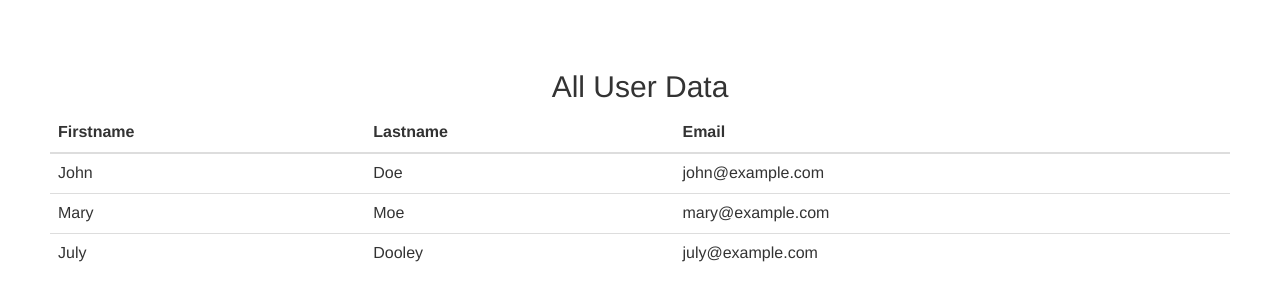
Repository: Asterisc-Institute/Advance-Java-Batch5
Page: http://localhost/Project01/show?page=1
The author's editor kept a copy of each file at every save. The page is drawn from the files as they stood at one save, then again after the next save.
The browser window is 1280 px wide. The pictures show the whole page.
The page is served by Tomcat 9. Other server files are loaded and not shown. Queries for data that is not in the repository find no rows.

Above is the page before, as saved 2023-05-16 12:28:20.

### Project01/src/service/ShowServ.java
package service;

import java.io.IOException;
import java.io.PrintWriter;
import java.sql.SQLException;
import java.util.ArrayList;

import javax.servlet.ServletException;
import javax.servlet.annotation.WebServlet;
import javax.servlet.http.HttpServlet;
import javax.servlet.http.HttpServletRequest;
import javax.servlet.http.HttpServletResponse;

import model.User;
import model.UserDao;

@WebServlet("/show")
public class ShowServ extends HttpServlet {

	protected void doGet(HttpServletRequest request, HttpServletResponse response) throws ServletException, IOException {
		response.setContentType("text/html");
		PrintWriter out=response.getWriter();

		out.print("<link rel='stylesheet' href='https://maxcdn.bootstrapcdn.com/bootstrap/3.4.1/css/bootstrap.min.css'>");
		out.print("<script src='https://ajax.googleapis.com/ajax/libs/jquery/3.6.4/jquery.min.js'></script>");
		out.print("<script src='https://maxcdn.bootstrapcdn.com/bootstrap/3.4.1/js/bootstrap.min.js'></script>");

		out.print("<div style='padding:50px'>");
		out.print("<center><H2>All User Data</H2></center>");


		UserDao db=new UserDao();


		out.print("<table class='table'>");
		out.print("    <thead>");
		out.print("      <tr>");
		out.print("        <th>Firstname</th>");
		out.print("        <th>Lastname</th>");
		out.print("        <th>Email</th>");
		out.print("      </tr>");
		out.print("    </thead>");
		out.print("    <tbody>");
		out.print("      <tr>");
		out.print("        <td>John</td>");
		out.print("        <td>Doe</td>");
		out.print("        <td>john@example.com</td>");
		out.print("      </tr>");
		out.print("      <tr>");
		out.print("        <td>Mary</td>");
		out.print("        <td>Moe</td>");
		out.print("        <td>mary@example.com</td>");
		out.print("      </tr>");
		out.print("      <tr>");
		out.print("        <td>July</td>");
		out.print("        <td>Dooley</td>");
		out.print("        <td>july@example.com</td>");
		out.print("      </tr>");
		out.print("    </tbody>");
		out.print("</table>");

		out.print("</div>");

		/*
		try {
			ArrayList<User> ul=db.getAllUser();

			for(User u:ul)
			{
			out.print(u+"<br/>");
			}


		} catch (ClassNotFoundException | SQLException e) {
			// TODO Auto-generated catch block
			e.printStackTrace();
		}*/
	}


	protected void doPost(HttpServletRequest request, HttpServletResponse response) throws ServletException, IOException {
		// TODO Auto-generated method stub
		doGet(request, response);
	}

}

### Project01/src/model/UserDao.java
package model;

import java.sql.Connection;
import java.sql.DriverManager;
import java.sql.PreparedStatement;
import java.sql.ResultSet;
import java.sql.SQLException;
import java.util.ArrayList;

public class UserDao {

	String driver = "com.mysql.jdbc.Driver";
	String db_name = "batch5";
	String db_url = "jdbc:mysql://localhost:3306/" + db_name;
	String db_uname = "root";
	String db_upass = "abc123";

	Connection getConnect() throws ClassNotFoundException, SQLException
	{
		Class.forName(driver); //s1
		Connection con = DriverManager.getConnection(db_url, db_uname, db_upass);//s2
		return con;
	}

	public int save(User u) throws ClassNotFoundException, SQLException
	{
		String sql="insert into user_tbl (fname, uname, email, mob, upass, gender) values(?,?,?,?,?,?)";
		Connection con=getConnect();
		PreparedStatement ps=con.prepareStatement(sql);//s3
		ps.setString(1, u.getFname());
		ps.setString(2, u.getUname());
		ps.setString(3, u.getEmail());
		ps.setString(4, u.getMob());
		ps.setString(5, u.getUpass());
		ps.setString(6, u.getGender());

		int a =ps.executeUpdate();//s4

		con.close();//s5
		return a;

	}

	public boolean checkUser(String email) throws ClassNotFoundException, SQLException {
		String sql="select * from user_tbl where email=?";
		Connection con=getConnect();
		PreparedStatement ps=con.prepareStatement(sql);//s3
		ps.setString(1, email);
		ResultSet rs =ps.executeQuery();//s4

		boolean a=rs.absolute(1);

		con.close();//s5

		return a;
	}

	public boolean loginUser(String email, String upass) throws ClassNotFoundException, SQLException {
		String sql="select * from user_tbl where email=? and upass=?";
		Connection con=getConnect();
		PreparedStatement ps=con.prepareStatement(sql);//s3
		ps.setString(1, email);
		ps.setString(2, upass);
		ResultSet rs =ps.executeQuery();//s4

		boolean a=rs.absolute(1);

		con.close();//s5

		return a;
	}

	public ArrayList<User> getAllUser() throws ClassNotFoundException, SQLException {
		String sql="select * from user_tbl";
		Connection con=getConnect();
		PreparedStatement ps=con.prepareStatement(sql);//s3

		ResultSet rs =ps.executeQuery();//s4

		ArrayList<User> ul=new ArrayList<>();

		while(rs.next())
		{ //uid, fname, uname, email, mob, upass, gender
			User u=new User(rs.getInt(1), rs.getString(2),  rs.getString(3),  rs.getString(4),  rs.getString(5),  rs.getString(6),  rs.getString(7));
			ul.add(u);
		}

		con.close();//s5

		return ul;
	}

}

After the next save:
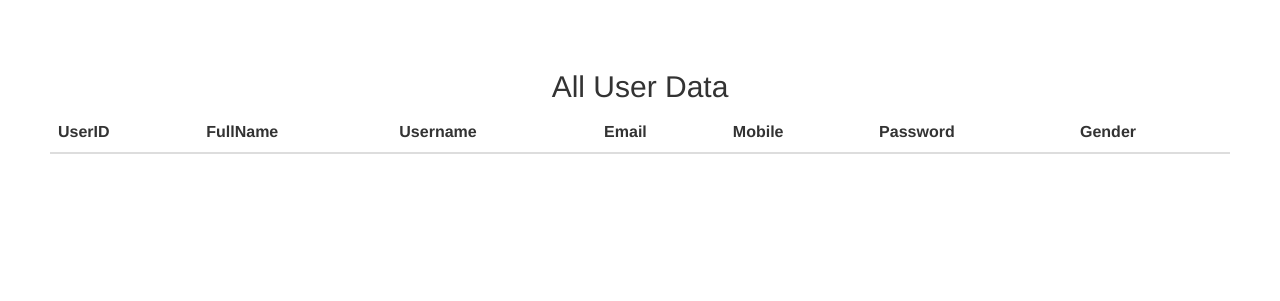
Saved 3 min 40 s later.
--- a/Project01/src/service/ShowServ.java
+++ b/Project01/src/service/ShowServ.java
@@ -31,50 +31,51 @@ public class ShowServ extends HttpServlet {
 
 		UserDao db=new UserDao();
 
-
+		//uid, fname, uname, email, mob, upass, gender
 		out.print("<table class='table'>");
 		out.print("    <thead>");
 		out.print("      <tr>");
-		out.print("        <th>Firstname</th>");
-		out.print("        <th>Lastname</th>");
+		out.print("        <th>UserID</th>");
+		out.print("        <th>FullName</th>");
+		out.print("        <th>Username</th>");
 		out.print("        <th>Email</th>");
+		out.print("        <th>Mobile</th>");
+		out.print("        <th>Password</th>");
+		out.print("        <th>Gender</th>");
 		out.print("      </tr>");
 		out.print("    </thead>");
 		out.print("    <tbody>");
-		out.print("      <tr>");
-		out.print("        <td>John</td>");
-		out.print("        <td>Doe</td>");
-		out.print("        <td>john@example.com</td>");
-		out.print("      </tr>");
-		out.print("      <tr>");
-		out.print("        <td>Mary</td>");
-		out.print("        <td>Moe</td>");
-		out.print("        <td>mary@example.com</td>");
-		out.print("      </tr>");
-		out.print("      <tr>");
-		out.print("        <td>July</td>");
-		out.print("        <td>Dooley</td>");
-		out.print("        <td>july@example.com</td>");
-		out.print("      </tr>");
-		out.print("    </tbody>");
-		out.print("</table>");
 
-		out.print("</div>");
-
-		/*
 		try {
 			ArrayList<User> ul=db.getAllUser();
 
 			for(User u:ul)
 			{
-			out.print(u+"<br/>");
+			//out.print(u+"<br/>");
+
+				out.print("<tr>");
+				out.print("<td>"+u.getUid()+"</td>");
+				out.print("<td>"+u.getUid()+"</td>");
+				out.print("<td>"+u.getUid()+"</td>");
+				out.print("</tr>");
 			}
 
 
 		} catch (ClassNotFoundException | SQLException e) {
 			// TODO Auto-generated catch block
 			e.printStackTrace();
-		}*/
+		}
+
+
+
+
+
+		out.print("    </tbody>");
+		out.print("</table>");
+
+		out.print("</div>");
+
+
 	}
 
 
